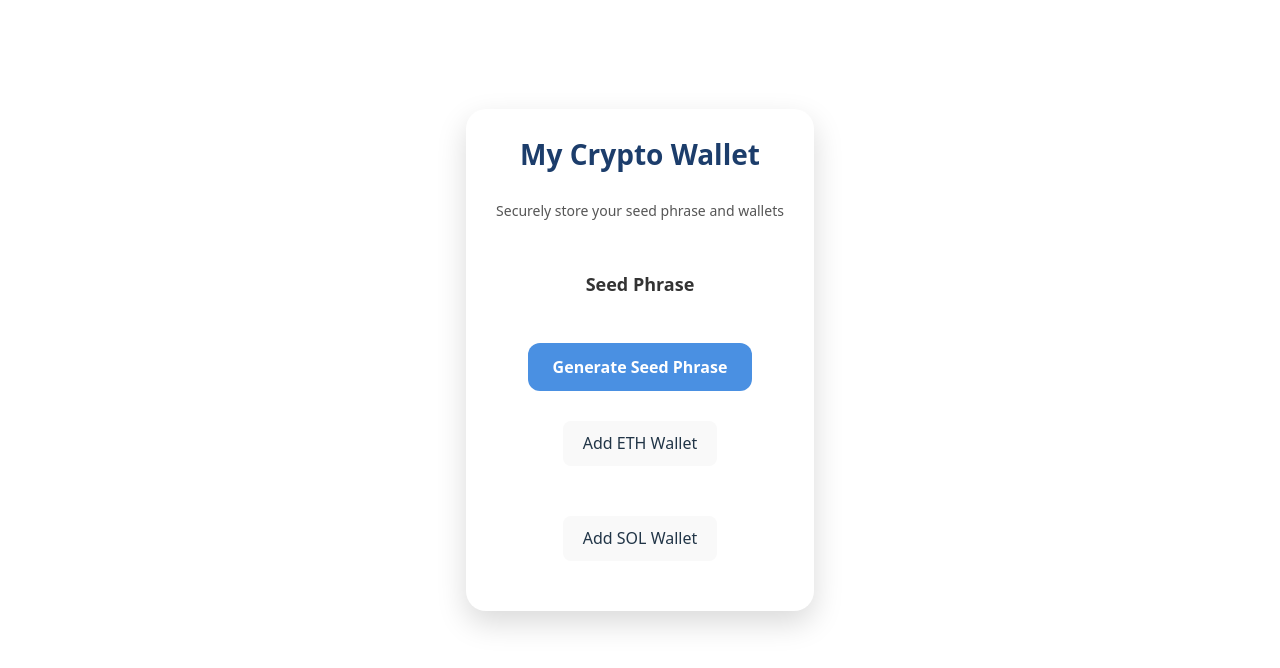
Repository: nishantsingh02/web-based-wallet-web-3
Page: /
An editor plug-in stored every save of this project. The page is shown before and after the next save, followed by the edit.
The browser window is 1280 px wide. The pictures show the whole page.
The project was rebuilt for these pictures with package versions that can differ from the ones it lists, and the page was loaded fresh each time. Also part of the build but not shown: vite.config.ts.

Above is the page before, as saved 2025-10-07 01:53:50.

After the next save:
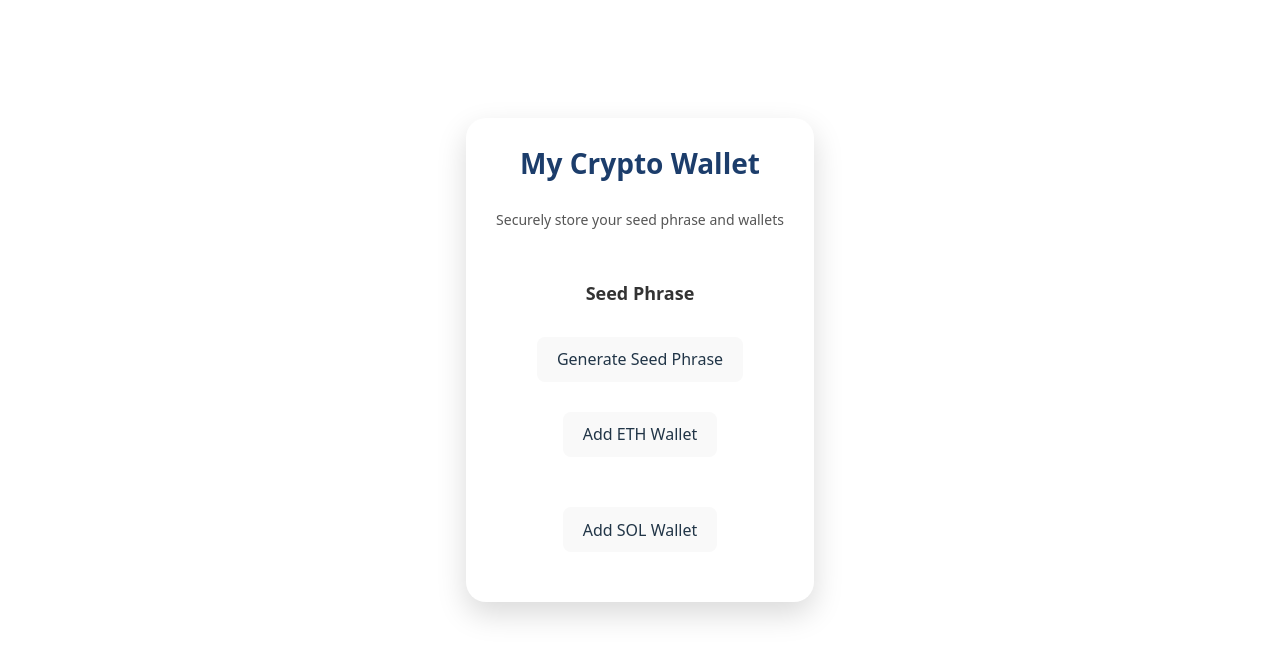
Saved 48 s later.
--- a/src/App.tsx
+++ b/src/App.tsx
@@ -43,7 +43,7 @@
             ))}
           </div>
           <button
-            className="generate-btn"
+            className=""
             onClick={handleGenrate}
             disabled={!!mnemonic}
           >

After the save that followed:
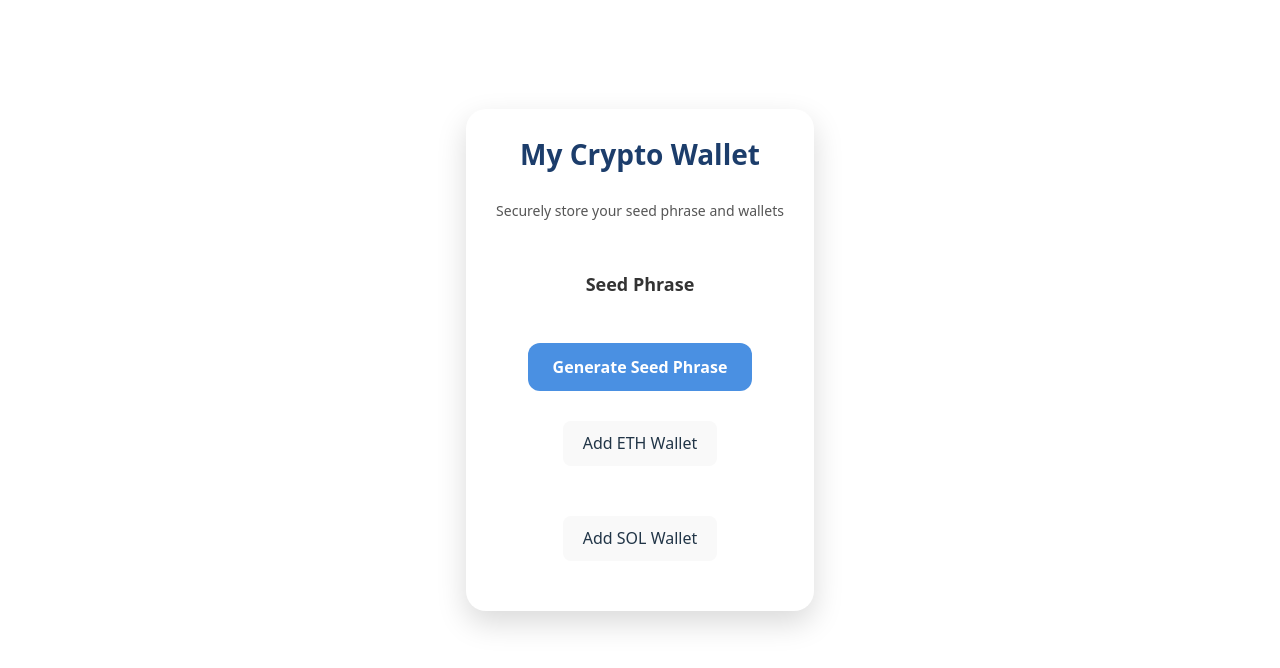
Saved 30 s later.
--- a/src/App.tsx
+++ b/src/App.tsx
@@ -43,7 +43,7 @@
             ))}
           </div>
           <button
-            className=""
+            className="generate-btn"
             onClick={handleGenrate}
             disabled={!!mnemonic}
           >
